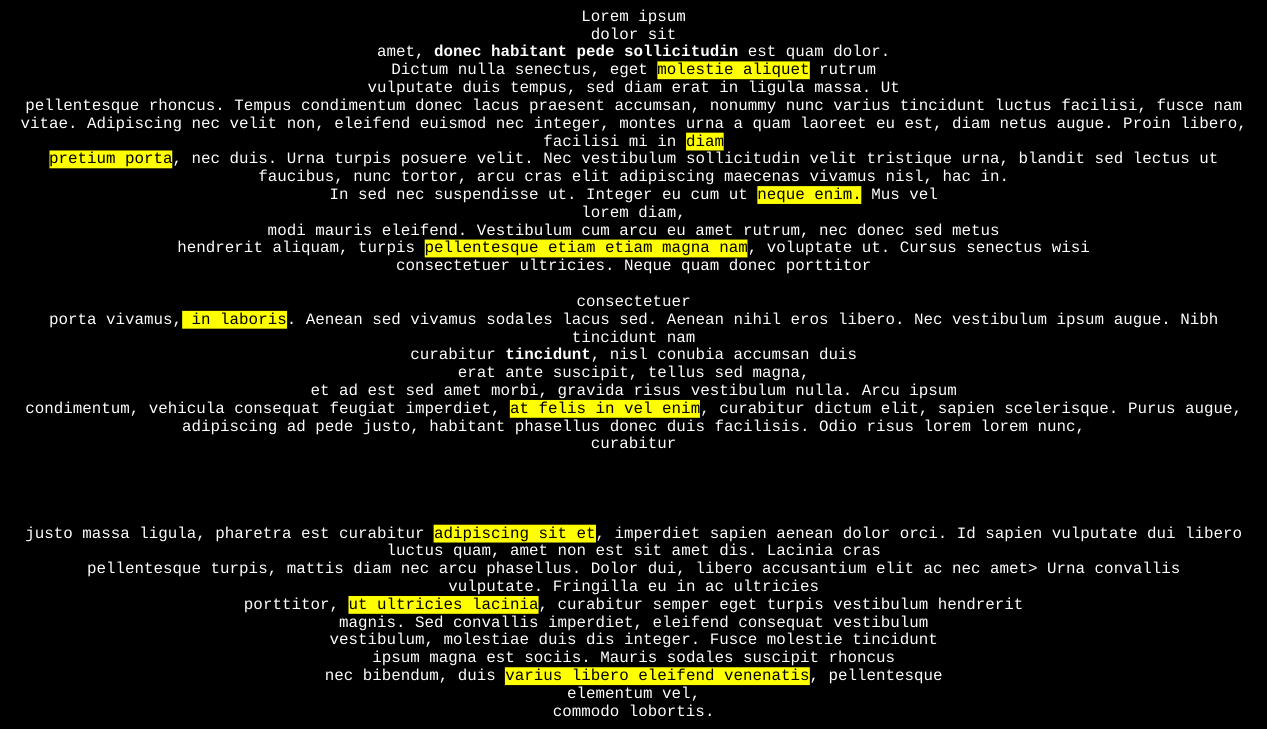
Repository: diasm568/diasm568.github.io
Page: lab/composition.html
The author's editor kept a record of every edit. The page is drawn from the files as they stood at one moment, then again after the next edit.
The browser window is 1280 px wide. The pictures show the whole page, at 99% of full size.

Above is the page before.

### lab/composition.html
<center>
<body bgcolor="black">
<font color="white">
<font face="courier" color="white">
Lorem ipsum <br> dolor sit<br> amet, <strong>donec habitant pede sollicitudin</strong> est quam dolor. <br>Dictum nulla senectus, eget <mark>molestie aliquet</mark> rutrum <br>vulputate duis tempus, sed diam erat in ligula massa. Ut <br>pellentesque rhoncus. Tempus condimentum donec lacus praesent accumsan, nonummy nunc varius tincidunt luctus facilisi, fusce nam vitae. Adipiscing nec velit non, eleifend euismod nec integer, montes urna a quam laoreet eu est, diam netus augue. Proin libero, facilisi mi in <mark> diam<br> pretium porta</mark>, nec duis. Urna turpis posuere velit. Nec vestibulum sollicitudin velit tristique urna, blandit sed lectus ut faucibus, nunc tortor, arcu cras elit adipiscing maecenas vivamus nisl, hac in.<br> In sed nec suspendisse ut.
Integer eu cum ut <mark>neque enim.</mark> Mus vel <br>lorem diam, <br>modi mauris eleifend. Vestibulum cum arcu eu amet rutrum, nec donec sed metus<br> hendrerit aliquam, turpis <mark>pellentesque etiam etiam magna nam</mark>, voluptate ut. Cursus senectus wisi <br>consectetuer ultricies. Neque quam donec porttitor <br><br>consectetuer <br>porta vivamus,<mark> in laboris</mark>. Aenean sed vivamus sodales lacus sed. Aenean nihil eros libero. Nec vestibulum ipsum augue.
Nibh tincidunt nam <br>curabitur <strong>tincidunt</strong>, nisl conubia accumsan duis <br>erat ante suscipit, tellus sed magna, <br>et ad est sed amet morbi, gravida risus vestibulum nulla. Arcu ipsum <br>condimentum, vehicula consequat feugiat imperdiet, <mark>at felis in vel enim</mark>, curabitur dictum elit, sapien scelerisque. Purus augue, adipiscing ad pede justo, habitant phasellus donec duis facilisis. Odio risus lorem lorem nunc, <br>curabitur<br><br><br><br><br> justo massa ligula, pharetra est curabitur <mark>adipiscing sit et</mark>, imperdiet sapien aenean dolor orci. Id sapien vulputate dui libero luctus quam, amet non est sit amet dis. Lacinia cras<br> pellentesque turpis, mattis diam nec arcu phasellus. Dolor dui, libero accusantium elit ac nec amet>
Urna convallis <br>vulputate. Fringilla eu in ac ultricies <br>porttitor, <mark>ut ultricies lacinia</mark>, curabitur semper eget turpis vestibulum hendrerit <br>magnis. Sed convallis imperdiet, eleifend consequat vestibulum <br>vestibulum, molestiae duis dis integer. Fusce molestie tincidunt <br>ipsum magna est sociis. Mauris sodales suscipit rhoncus <br>nec bibendum, duis <mark>varius libero eleifend venenatis</mark>, pellentesque<br> elementum vel, <br>commodo lobortis.
</font>
</body>
</center>

After the next edit:
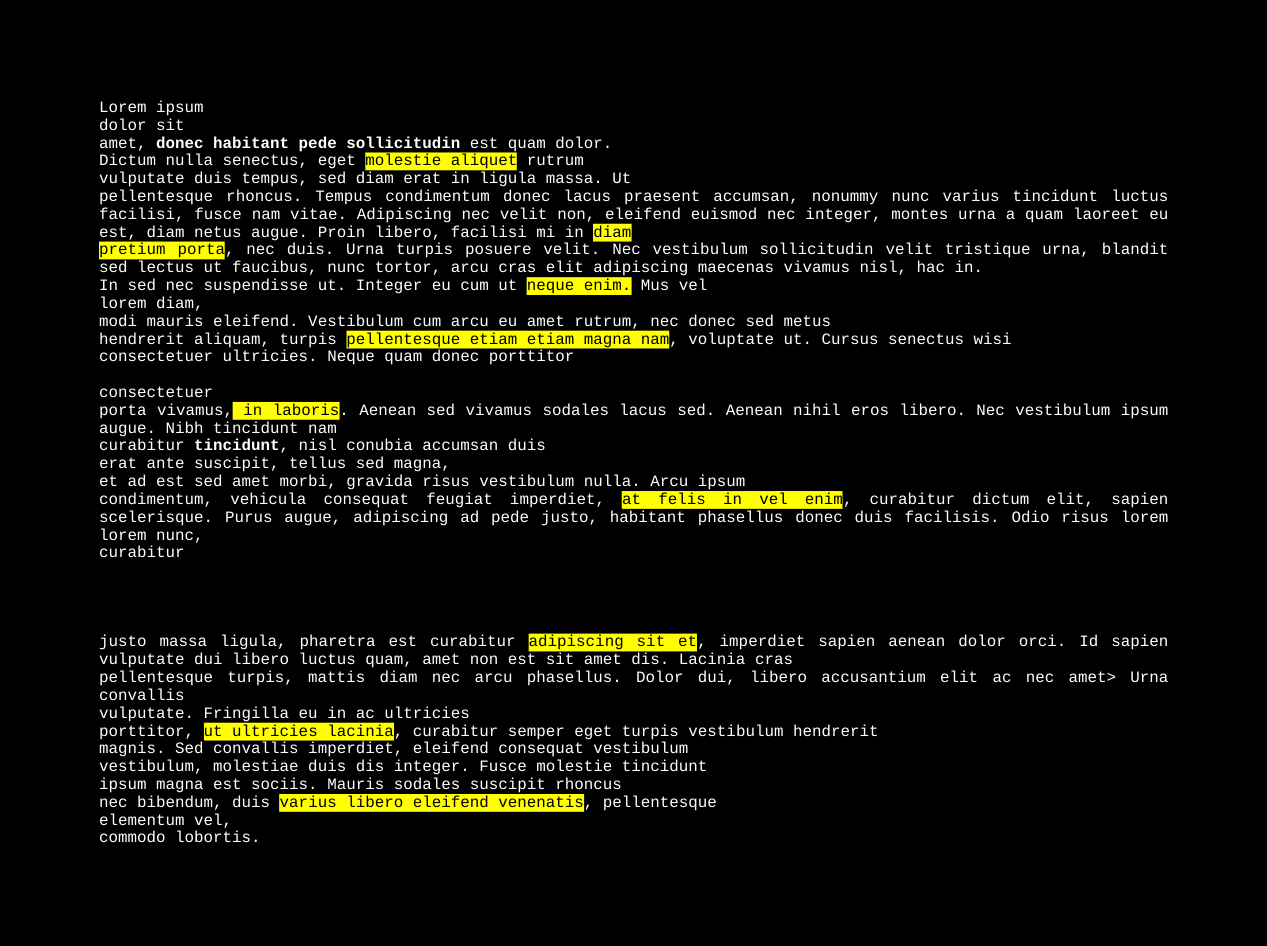
The edit:
--- a/lab/composition.html
+++ b/lab/composition.html
@@ -2,7 +2,8 @@
 <body bgcolor="black">
 <font color="white">
 <font face="courier" color="white">
-Lorem ipsum <br> dolor sit<br> amet, <strong>donec habitant pede sollicitudin</strong> est quam dolor. <br>Dictum nulla senectus, eget <mark>molestie aliquet</mark> rutrum <br>vulputate duis tempus, sed diam erat in ligula massa. Ut <br>pellentesque rhoncus. Tempus condimentum donec lacus praesent accumsan, nonummy nunc varius tincidunt luctus facilisi, fusce nam vitae. Adipiscing nec velit non, eleifend euismod nec integer, montes urna a quam laoreet eu est, diam netus augue. Proin libero, facilisi mi in <mark> diam<br> pretium porta</mark>, nec duis. Urna turpis posuere velit. Nec vestibulum sollicitudin velit tristique urna, blandit sed lectus ut faucibus, nunc tortor, arcu cras elit adipiscing maecenas vivamus nisl, hac in.<br> In sed nec suspendisse ut.
+<body style="margin:50; padding:50">
+<p align="justify">Lorem ipsum <br> dolor sit<br> amet, <strong>donec habitant pede sollicitudin</strong> est quam dolor. <br>Dictum nulla senectus, eget <mark>molestie aliquet</mark> rutrum <br>vulputate duis tempus, sed diam erat in ligula massa. Ut <br>pellentesque rhoncus. Tempus condimentum donec lacus praesent accumsan, nonummy nunc varius tincidunt luctus facilisi, fusce nam vitae. Adipiscing nec velit non, eleifend euismod nec integer, montes urna a quam laoreet eu est, diam netus augue. Proin libero, facilisi mi in <mark> diam<br> pretium porta</mark>, nec duis. Urna turpis posuere velit. Nec vestibulum sollicitudin velit tristique urna, blandit sed lectus ut faucibus, nunc tortor, arcu cras elit adipiscing maecenas vivamus nisl, hac in.<br> In sed nec suspendisse ut.
 Integer eu cum ut <mark>neque enim.</mark> Mus vel <br>lorem diam, <br>modi mauris eleifend. Vestibulum cum arcu eu amet rutrum, nec donec sed metus<br> hendrerit aliquam, turpis <mark>pellentesque etiam etiam magna nam</mark>, voluptate ut. Cursus senectus wisi <br>consectetuer ultricies. Neque quam donec porttitor <br><br>consectetuer <br>porta vivamus,<mark> in laboris</mark>. Aenean sed vivamus sodales lacus sed. Aenean nihil eros libero. Nec vestibulum ipsum augue.
 Nibh tincidunt nam <br>curabitur <strong>tincidunt</strong>, nisl conubia accumsan duis <br>erat ante suscipit, tellus sed magna, <br>et ad est sed amet morbi, gravida risus vestibulum nulla. Arcu ipsum <br>condimentum, vehicula consequat feugiat imperdiet, <mark>at felis in vel enim</mark>, curabitur dictum elit, sapien scelerisque. Purus augue, adipiscing ad pede justo, habitant phasellus donec duis facilisis. Odio risus lorem lorem nunc, <br>curabitur<br><br><br><br><br> justo massa ligula, pharetra est curabitur <mark>adipiscing sit et</mark>, imperdiet sapien aenean dolor orci. Id sapien vulputate dui libero luctus quam, amet non est sit amet dis. Lacinia cras<br> pellentesque turpis, mattis diam nec arcu phasellus. Dolor dui, libero accusantium elit ac nec amet>
 Urna convallis <br>vulputate. Fringilla eu in ac ultricies <br>porttitor, <mark>ut ultricies lacinia</mark>, curabitur semper eget turpis vestibulum hendrerit <br>magnis. Sed convallis imperdiet, eleifend consequat vestibulum <br>vestibulum, molestiae duis dis integer. Fusce molestie tincidunt <br>ipsum magna est sociis. Mauris sodales suscipit rhoncus <br>nec bibendum, duis <mark>varius libero eleifend venenatis</mark>, pellentesque<br> elementum vel, <br>commodo lobortis.
